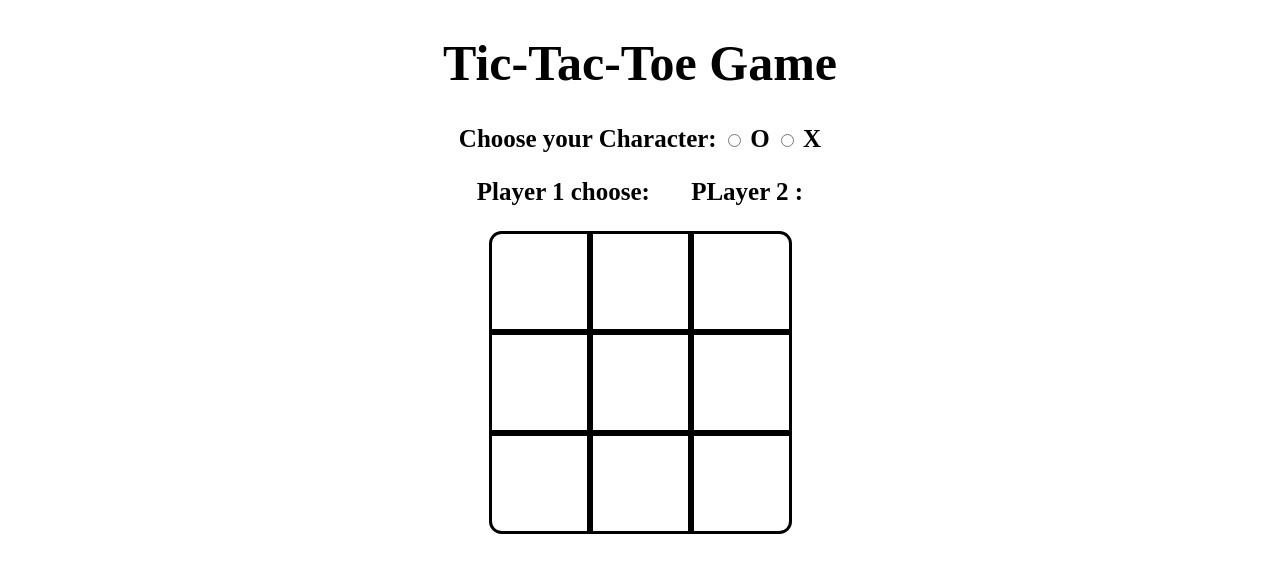
Repository: 0101chaitanya/Tic-Tac-Toe
Page: index.html
An editor plug-in stored every save of this project. The page is shown before and after the next save, followed by the edit.
The browser window is 1280 px wide. The pictures show the whole page.

Above is the page before, as saved 2021-06-11 20:42:40.

After the next save:
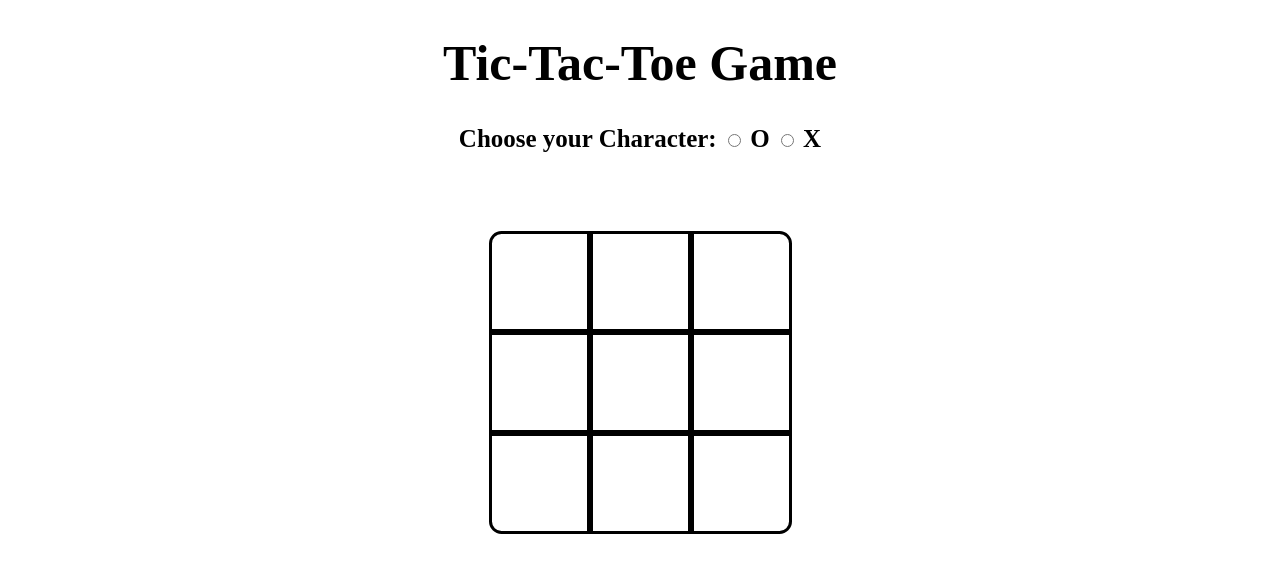
Saved 2 min 59 s later.
--- a/script.js
+++ b/script.js
@@ -10,6 +10,9 @@ let eventFun = (function () {
     user2Selection =
         user1Selection != null ? (user1Selection === "X" ? "O" : "X") : null;
     runningCharacter = user1Selection;
+    document.getElementById('1').textContent = user1Selection || '';
+    document.getElementById('2').textContent = user2Selection || '';
+
     let array = Array.from(
         document.getElementById("gameSquare").querySelectorAll("div")
     );

After the save that followed:
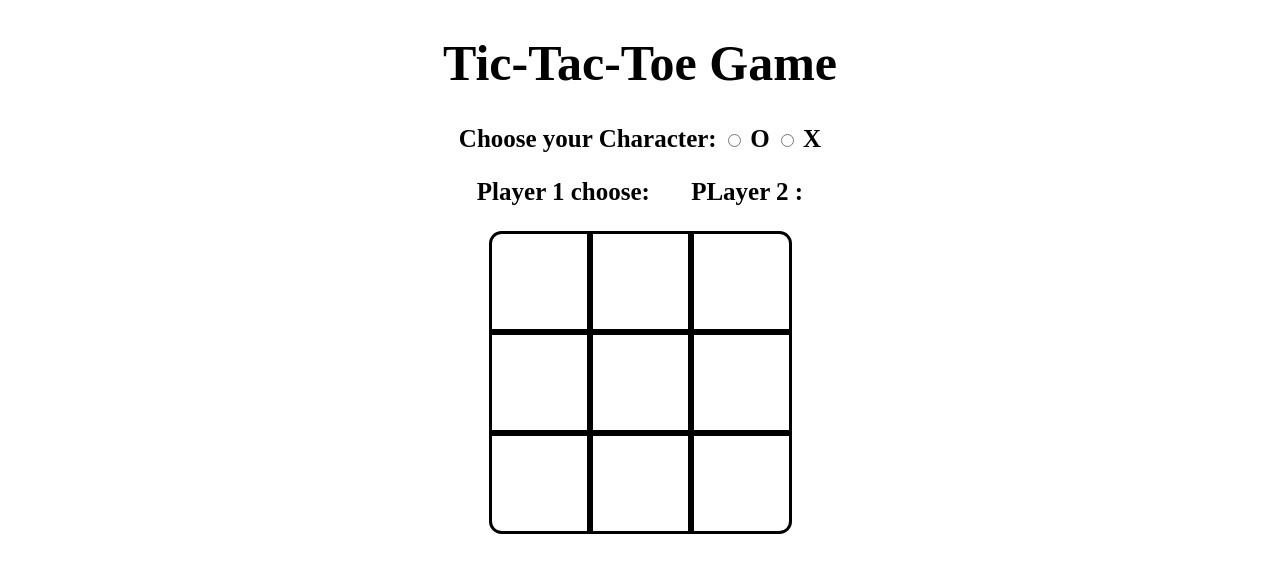
Saved 9 s later.
--- a/script.js
+++ b/script.js
@@ -10,8 +10,8 @@ let eventFun = (function () {
     user2Selection =
         user1Selection != null ? (user1Selection === "X" ? "O" : "X") : null;
     runningCharacter = user1Selection;
-    document.getElementById('1').textContent = user1Selection || '';
-    document.getElementById('2').textContent = user2Selection || '';
+    document.getElementById('1').textContent += user1Selection || '';
+    document.getElementById('2').textContent += user2Selection || '';
 
     let array = Array.from(
         document.getElementById("gameSquare").querySelectorAll("div")
